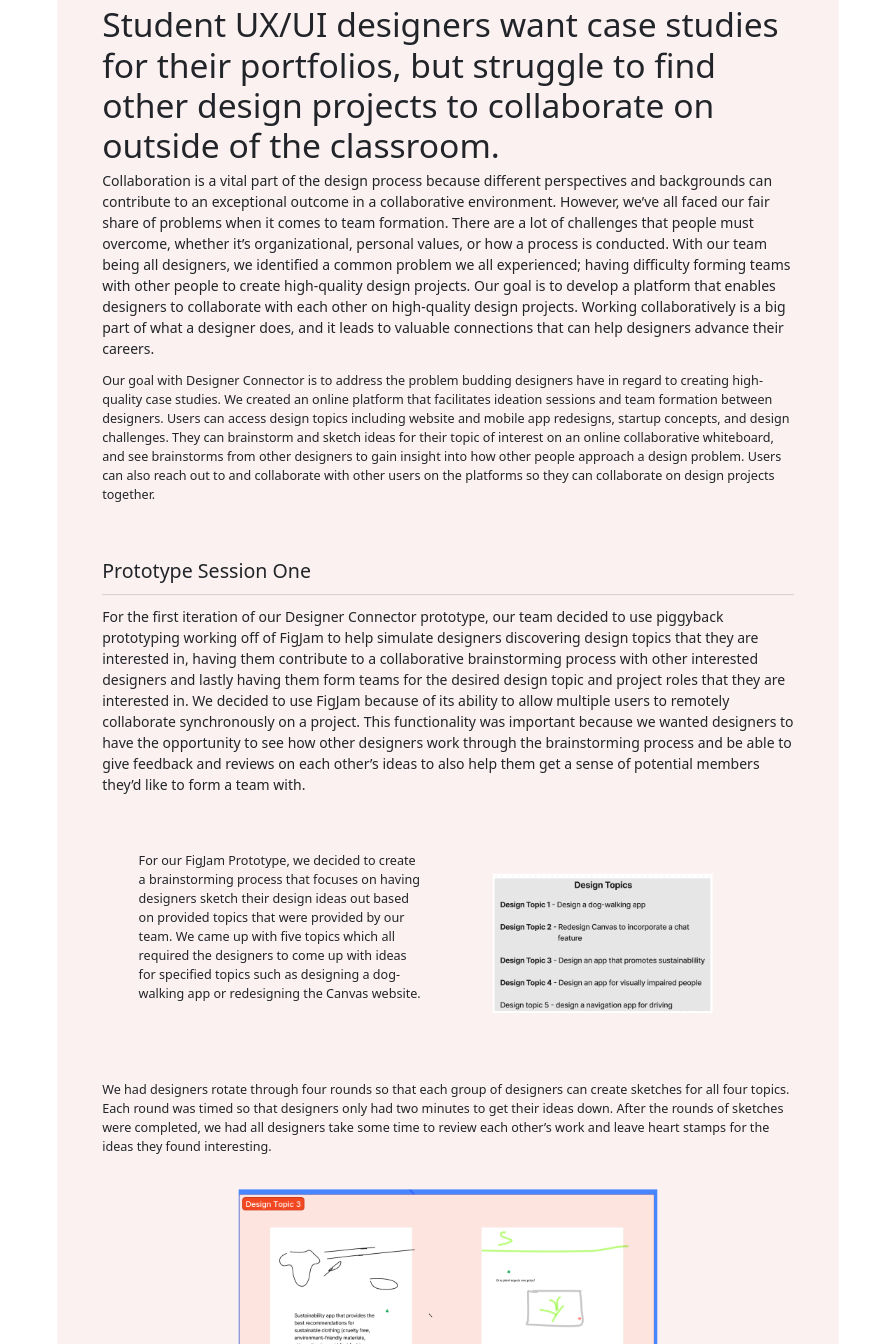
Repository: thais-chen/Portfolio
Page: designer.html
The author's editor kept a copy of each file at every save. The page is drawn from the files as they stood at one save, then again after the next save.
The browser window is 1280 px wide. The pictures show the part of the page from y = 483 to 2403 px (the page is 11063 px tall before and 11009 px after), at 70% of full size.
A picture or video elsewhere on the page could not be fetched, so the positions and the page height are approximate.

Above is the page before, as saved 2022-06-21 03:05:46.

After the next save:
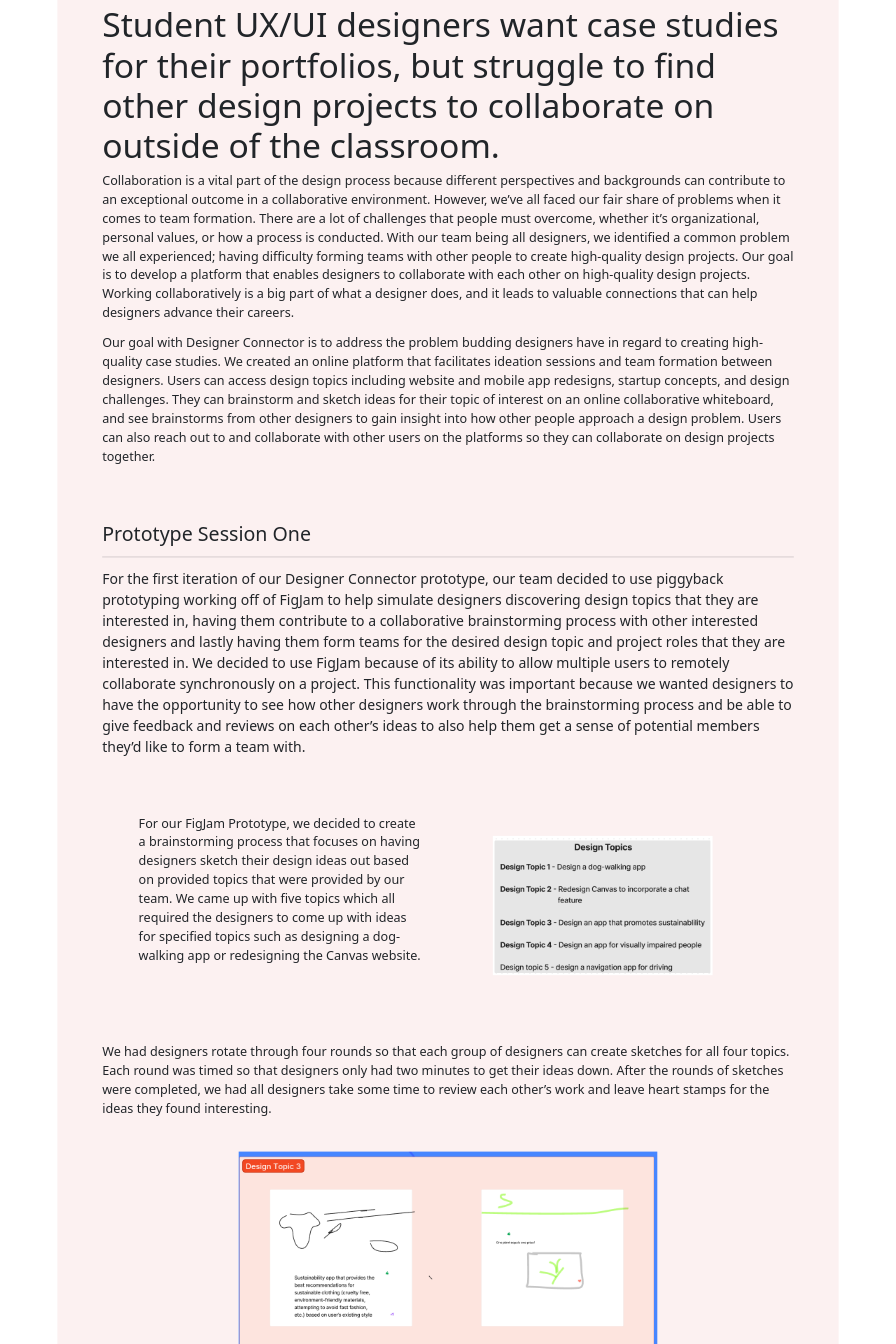
Saved 33 s later.
--- a/designer.html
+++ b/designer.html
@@ -45,7 +45,7 @@
             <h3 class="display-5">
                 Student UX/UI designers want case studies for their portfolios, but struggle to find other design projects to collaborate on outside of the classroom.
             </h3>
-            <p class="lead">
+            <p>
                 Collaboration is a vital part of the design process because different perspectives and backgrounds can contribute to an exceptional outcome in a collaborative environment. However, we’ve all faced our fair share of problems when it comes to team formation. There are a lot of challenges that people must overcome, whether it’s organizational, personal values, or how a process is conducted. With our team being all designers, we identified a common problem we all experienced; having difficulty forming teams with other people to create high-quality design projects. Our goal is to develop a platform that enables designers to collaborate with each other on high-quality design projects. Working collaboratively is a big part of what a designer does, and it leads to valuable connections that can help designers advance their careers.
             </p>
             <p>
